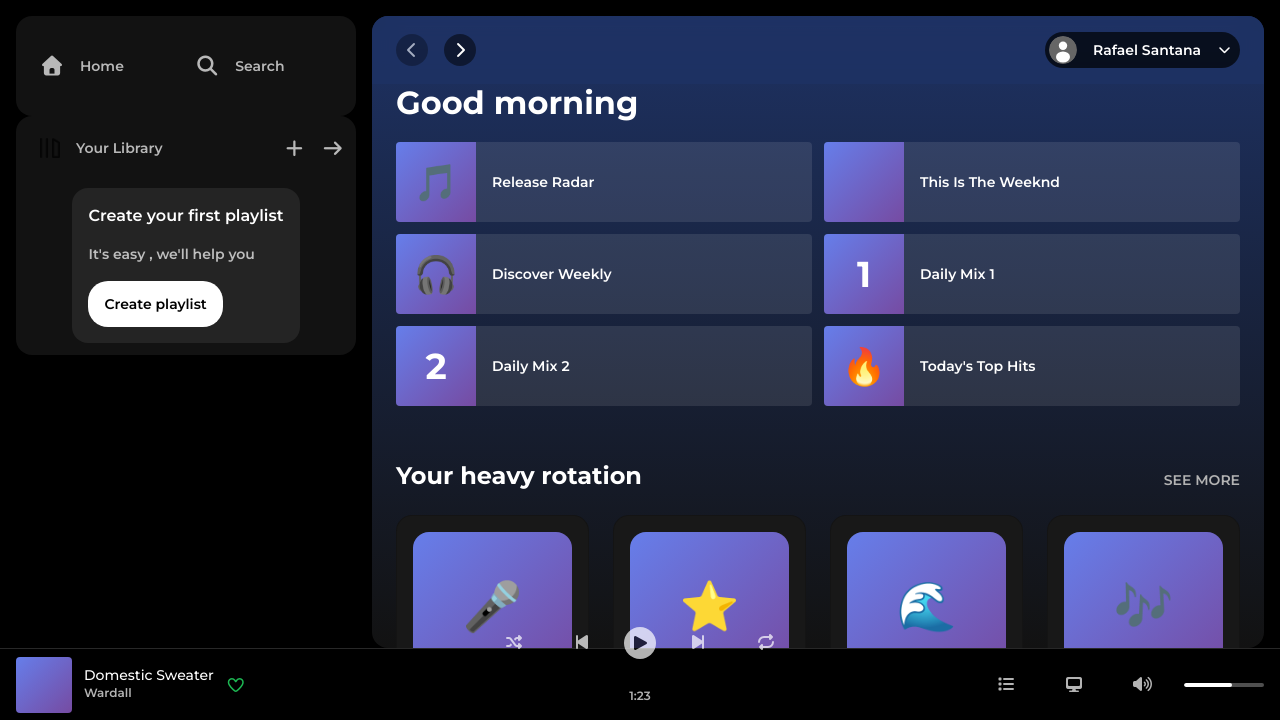
Repository: ketanBisht/spotifyFrontEnd
Page: index.html
The author's editor kept a copy of each file at every save. The page is drawn from the files as they stood at one save, then again after the next save.
The browser window is 1280 px wide. The pictures show the whole page.
An inner scrolling area shows only its first screen. Some web fonts or font styles are not loaded; a fallback is used. Some web libraries are served in a nearby version.

Above is the page before, as saved 2025-08-25 22:51:10.

After the next save:
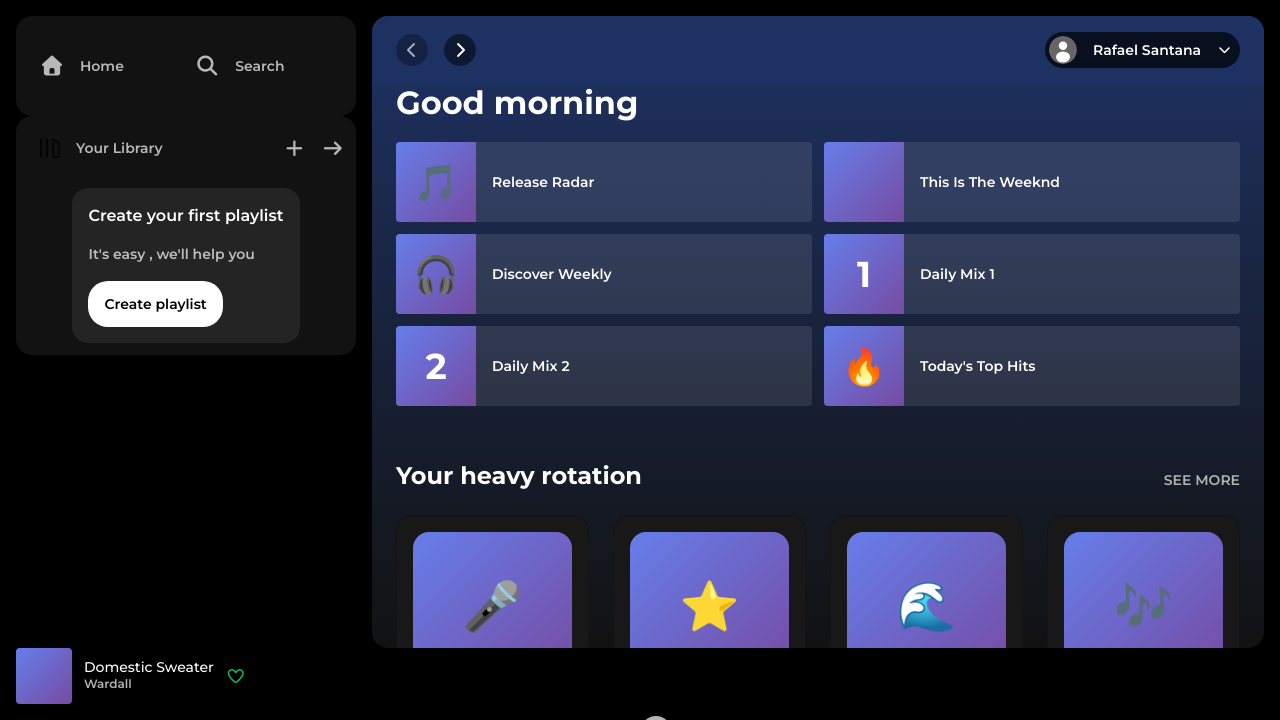
Saved 6 s later.
--- a/try.css
+++ b/try.css
@@ -33,18 +33,11 @@
         }
 
         .player{
-            position: fixed;
-            bottom: 0;
-            left: 0;
-            width: 100%;
-            height: 72px;
-            background-color: #000;
-            border-top: 1px solid #282828;
-            display: flex;
-            align-items: center;
-            justify-content: space-between;
-            padding: 0 16px;
-            z-index: 1000;
+    position: fixed;
+    bottom:0;
+    width: 100%;
+    height: 72px;
+    background-color: black;
         }
 
         a{
